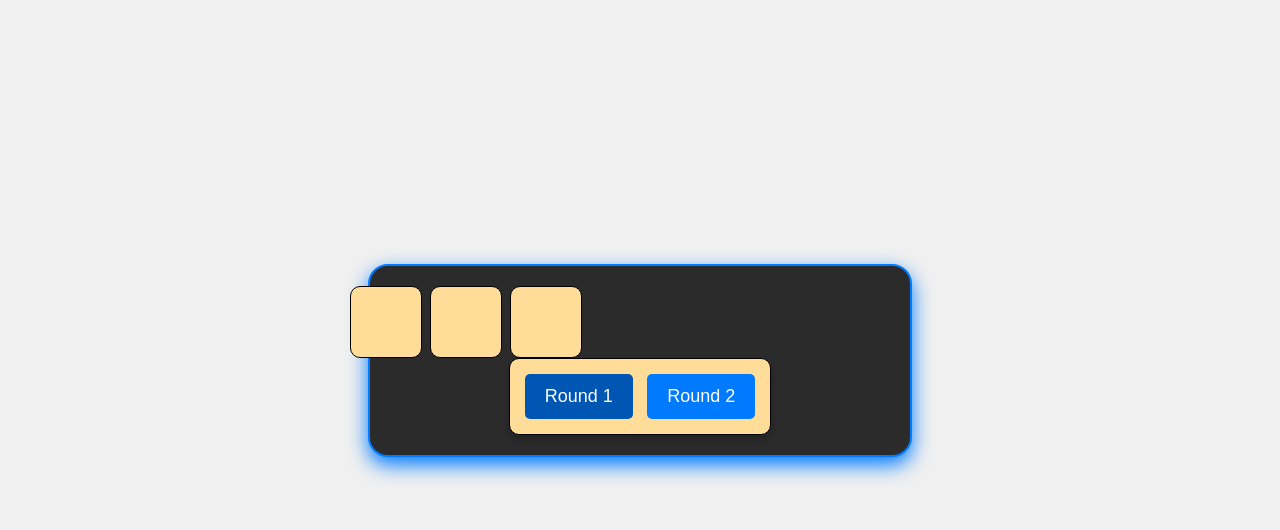
Repository: radisyah/THE_BRAIN_STORM
Page: Broken Link.html
An editor plug-in stored every save of this project. The page is shown before and after the next save, followed by the edit.
The browser window is 1280 px wide. The pictures show the whole page.

Above is the page before, as saved 2024-11-11 11:16:56.

After the next save:
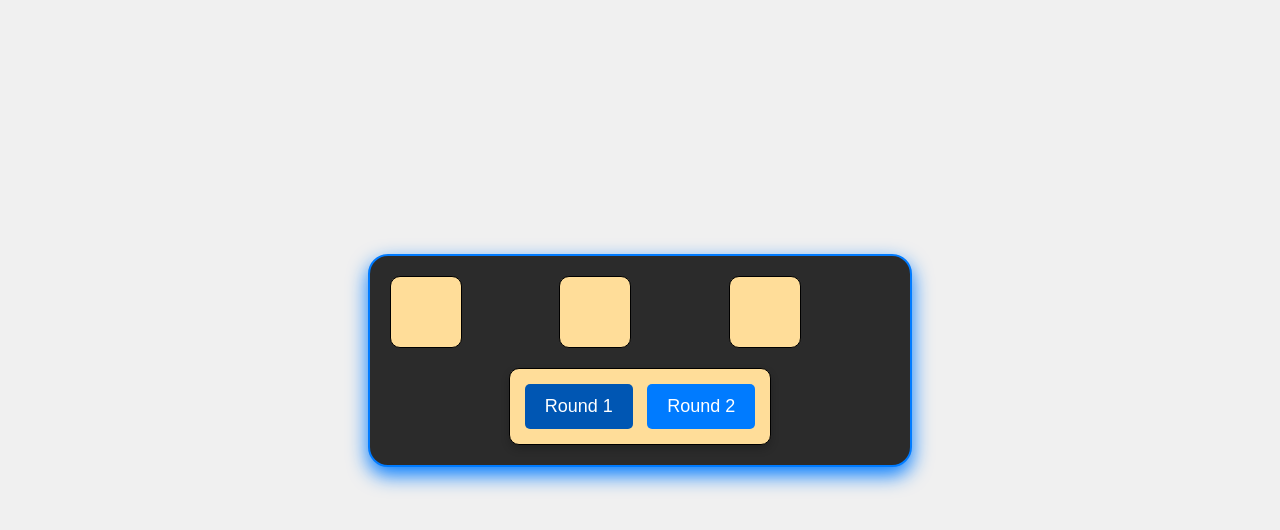
Saved 14 s later.
--- a/Broken Link.html
+++ b/Broken Link.html
@@ -31,11 +31,13 @@
 
         .grid-container {
             display: grid;
-            grid-template-columns: repeat(7, 70px); /* 7 columns for the grid */
-            grid-gap: 10px; /* Increased gap between grid items */
+            grid-template-columns: repeat(auto-fit, minmax(50px, 1fr)); /* Adjust columns based on available space */
+            grid-gap: 8px; /* Adjust gap for better spacing on smaller screens */
             justify-content: center;
-            margin-right: 30px; /* Space between grid and buttons */
-        }
+            margin-bottom: 20px; /* Space between grid and buttons */
+            width: 100%; /* Responsive width for grid */
+            }
+
 
         .container:hover {
             transform: scale(1.02); /* Slight scale effect when hovering over the container */

After the save that followed:
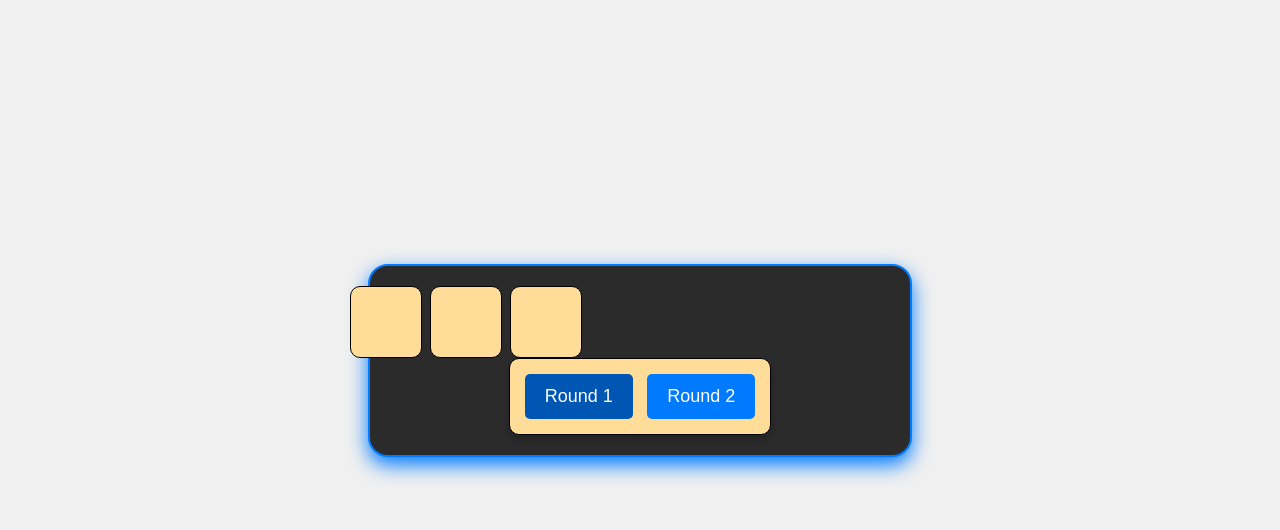
Saved 30 s later.
--- a/Broken Link.html
+++ b/Broken Link.html
@@ -31,13 +31,11 @@
 
         .grid-container {
             display: grid;
-            grid-template-columns: repeat(auto-fit, minmax(50px, 1fr)); /* Adjust columns based on available space */
-            grid-gap: 8px; /* Adjust gap for better spacing on smaller screens */
+            grid-template-columns: repeat(7, 70px); /* 7 columns for the grid */
+            grid-gap: 10px; /* Increased gap between grid items */
             justify-content: center;
-            margin-bottom: 20px; /* Space between grid and buttons */
-            width: 100%; /* Responsive width for grid */
-            }
-
+            margin-right: 30px; /* Space between grid and buttons */
+        }
 
         .container:hover {
             transform: scale(1.02); /* Slight scale effect when hovering over the container */
